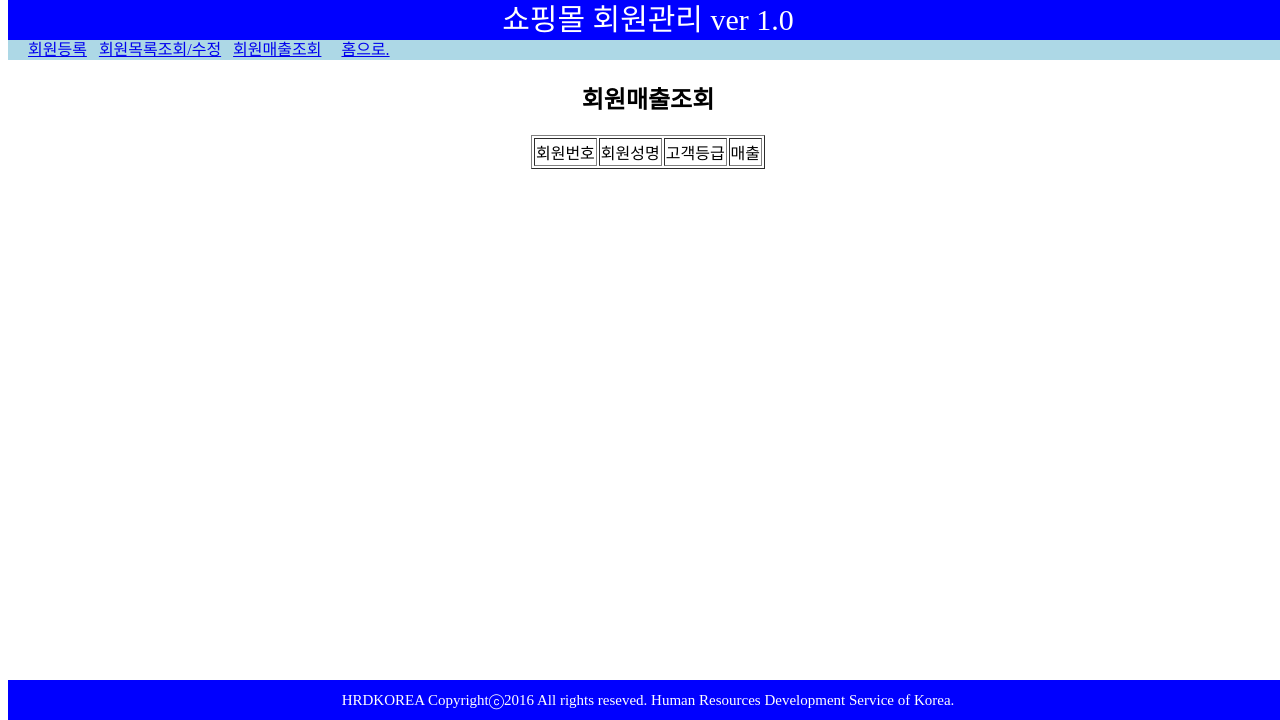
Repository: YeoJeongmo/hrdKorea
Page: http://localhost/hrd_01/salary.jsp
These files come from the project's save history. The page is drawn as it stood at one moment and after the next save; the edit follows.
The browser window is 1280 px wide. The pictures show the whole page.
The page is served by Tomcat 9. Queries for data that is not in the repository find no rows.

Above is the page before, as saved 2024-08-21 06:05:01.

### hrd_01/src/main/webapp/salary.jsp
<%@page import="java.sql.*"%>
<%@page import="DBPKG.Util"%>
<%@ page language="java" contentType="text/html; charset=UTF-8"
    pageEncoding="UTF-8"%>
<!DOCTYPE html>
<html>
<head>
<meta charset="UTF-8">
<title>salary</title>
</head>
<body>

<jsp:include page="header.jsp"/>

<section style="position:fixed;
				top: 60px;
				color: black;
				width: 100%;
				">
<h2 style="text-align: center;">회원매출조회</h2>

<form style="display:flex; align-items: center; justify-content: center;">
	<table border="1">
		<tr>
			<td>회원번호</td>
			<td>회원성명</td>
			<td>고객등급</td>
			<td>매출</td>
		</tr>

<%
Connection conn = null;
Statement stmt = null;
String grade = "";

try {
	conn = Util.getConnection();	// DB 연결
	stmt = conn.createStatement();	// sql 실행하기 위한 변수 생성
	String sql =	"SELECT me.custno, me.custname, me.grade, SUM(mo.price) price " +
					"FROM member_tbl_02 me, money_tbl_02 mo " +
					"WHERE me.custno = mo.custno " +
					"GROUP BY me.custno me.custname, me.grade " +
					"ORDER BY SUM(mo.price) desc";
	ResultSet rs = stmt.executeQuery(sql);	// stmt 통해서 sql 실행 결과
	while(rs.next()){
		grade = rs.getString("grade");
		switch(grade){
			case "A" :
				grade = "VIP";
				break;
			case "B" :
				grade = "일반";
				break;
			case "C" :
				grade = "직원";
				break;
		}
%>
		<tr>
			<td><%=rs.getString("custno") %></td>
			<td><%=rs.getString("custname") %></td>
			<td><%=grade %></td>
			<td><%=rs.getString("price") %></td>
		</tr>
<%
	}
} catch (Exception e){
	e.printStackTrace();
}
%>
	</table>

</form>

</section>

<jsp:include page="footer.jsp"/>

</body>
</html>

### hrd_01/src/main/webapp/header.jsp
<%@ page language="java" contentType="text/html; charset=UTF-8"
    pageEncoding="UTF-8"%>
<!DOCTYPE html>
<html>
<head>
<meta charset="UTF-8">
<title>header</title>
</head>
<body>
<header style="position:fixed;
				top:0px;
				width: 100%;
				height:40px;
				background-color: blue;
				color: white;
				text-align: center;
				line-height: 40px;
				font-size: 30px;
				"> 쇼핑몰 회원관리 ver 1.0
</header>

<nav style="position: fixed;
			top:40px;
			width: 100%;
			height: 20px;
			background-color: lightblue;
			color: white;
			text-align: left;
			line-height: 20px;
			padding-left: 20px;
			">
<a href="join.jsp">회원등록</a>&nbsp;&nbsp;
<a href="list.jsp">회원목록조회/수정</a>&nbsp;&nbsp;
<a href="salary.jsp">회원매출조회</a>&nbsp;&nbsp;&nbsp;&nbsp;
<a href="index.jsp">홈으로.</a>
</nav>


</body>
</html>

### hrd_01/src/main/webapp/footer.jsp
<%@ page language="java" contentType="text/html; charset=UTF-8"
    pageEncoding="UTF-8"%>
<!DOCTYPE html>
<html>
<head>
<meta charset="UTF-8">
<title>footer</title>
</head>
<body>
<footer style="position: fixed;
				bottom: 0px;
				width: 100%;
				height:40px;
				background-color: blue;
				color: white;
				text-align: center;
				line-height: 40px;
				font-size: 15px;
">HRDKOREA Copyrightⓒ2016 All rights reseved. Human Resources Development Service of Korea.
</footer>
</body>
</html>

### hrd_01/src/main/java/DBPKG/Util.java
package DBPKG;
import java.sql.*;

public class Util {
	public static Connection getConnection() throws Exception{
		Class.forName("oracle.jdbc.OracleDriver");
		Connection con = DriverManager.getConnection
		 ("jdbc:oracle:thin:@//localhost:1521/xe","system","1234");
		return con;
		}

}

After the next save:
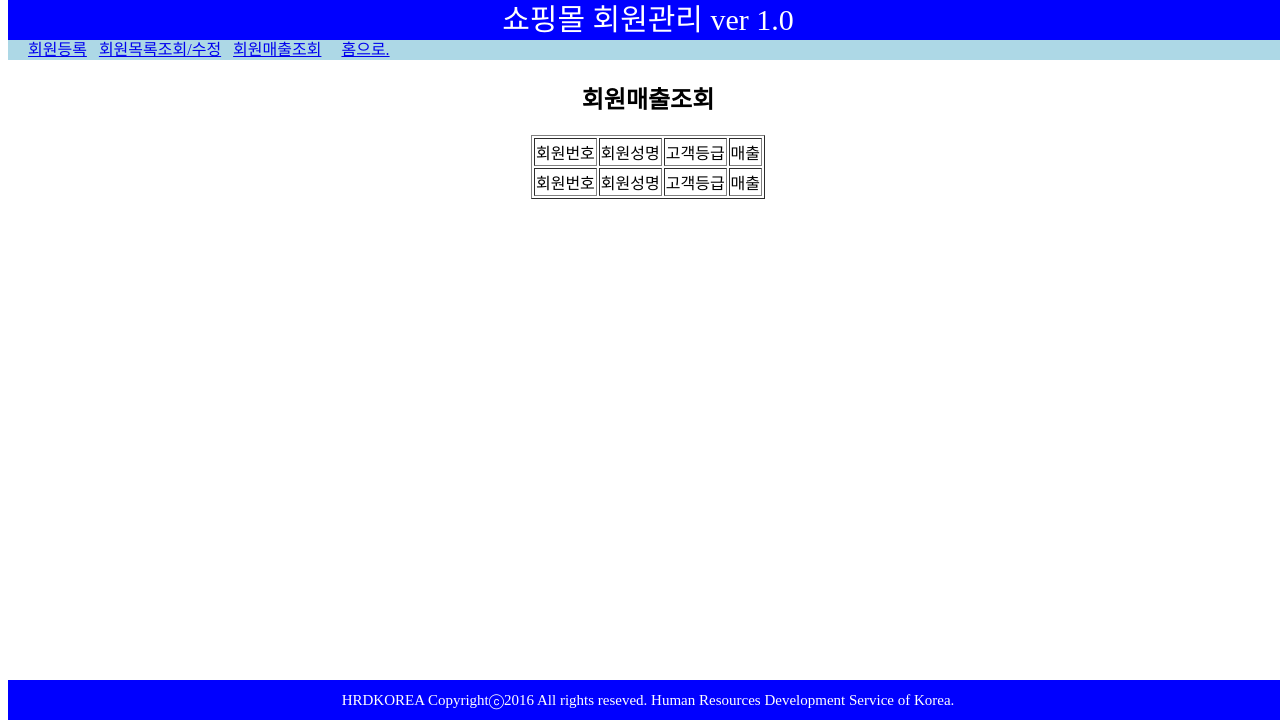
Saved 4 min 28 s later.
--- a/hrd_01/src/main/webapp/salary.jsp
+++ b/hrd_01/src/main/webapp/salary.jsp
@@ -27,7 +27,12 @@
 			<td>고객등급</td>
 			<td>매출</td>
 		</tr>
-
+		<tr>
+			<td>회원번호</td>
+			<td>회원성명</td>
+			<td>고객등급</td>
+			<td>매출</td>
+		</tr>
 <%
 Connection conn = null;
 Statement stmt = null;

After the save that followed:
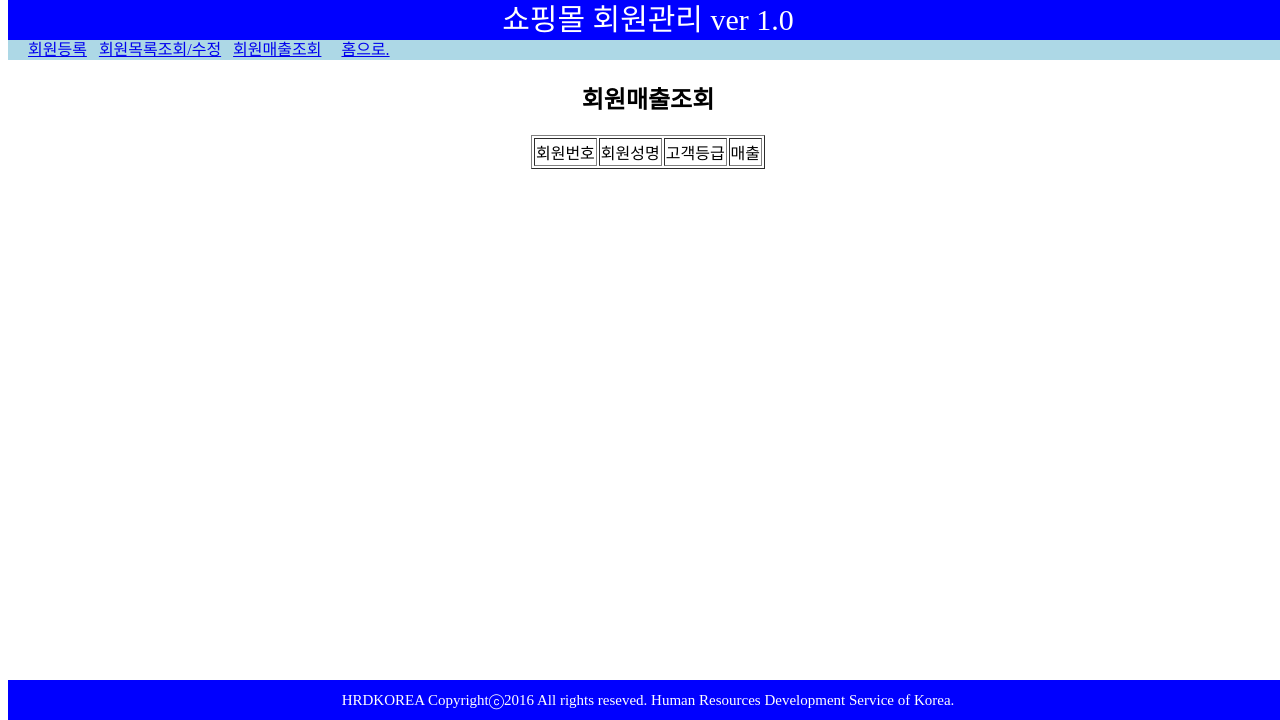
Saved 15 s later.
--- a/hrd_01/src/main/webapp/salary.jsp
+++ b/hrd_01/src/main/webapp/salary.jsp
@@ -21,12 +21,6 @@
 
 <form style="display:flex; align-items: center; justify-content: center;">
 	<table border="1">
-		<tr>
-			<td>회원번호</td>
-			<td>회원성명</td>
-			<td>고객등급</td>
-			<td>매출</td>
-		</tr>
 		<tr>
 			<td>회원번호</td>
 			<td>회원성명</td>
